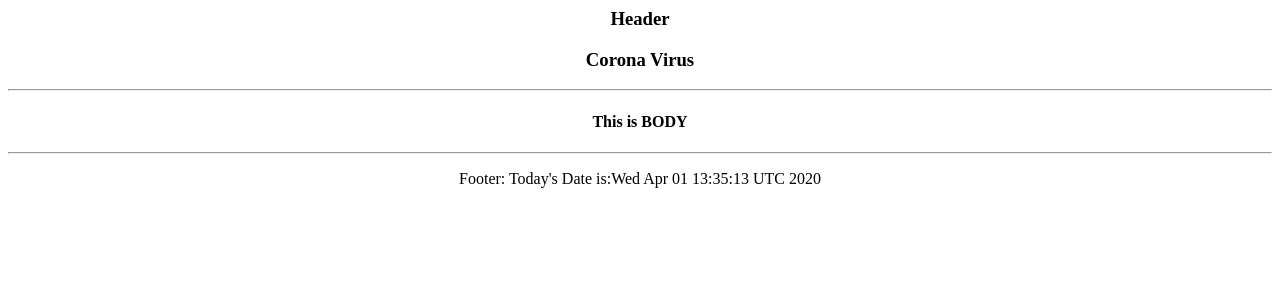
Repository: ZubaerAhmed/2-Corona-virus-eclipse-workspace
Page: http://localhost/CoronaVirus/Corona/main.jsp
An editor plug-in stored every save of this project. The page is shown before and after the next save, followed by the edit.
The browser window is 1280 px wide. The pictures show the whole page.
The page is served by Tomcat 9. Other server files are loaded and not shown.

Above is the page before, as saved 2020-04-01 20:34:05.

### CoronaVirus/WebContent/Corona/main.jsp


<html>
<body>
	<jsp:include page="header.html"></jsp:include>

	<h4 align="center">This is BODY</h4>

	<jsp:include page="footer.jsp"></jsp:include>
</body>

</html>

### CoronaVirus/WebContent/Corona/header.html

<h3 align="center"> Header</h3>
<h3 align="center"> Corona Virus</h3>
<hr>

### CoronaVirus/WebContent/Corona/footer.jsp

<hr>
<p align="center">
	Footer: Today's Date is:<%= new java.util.Date()  %>
</p>

After the next save:
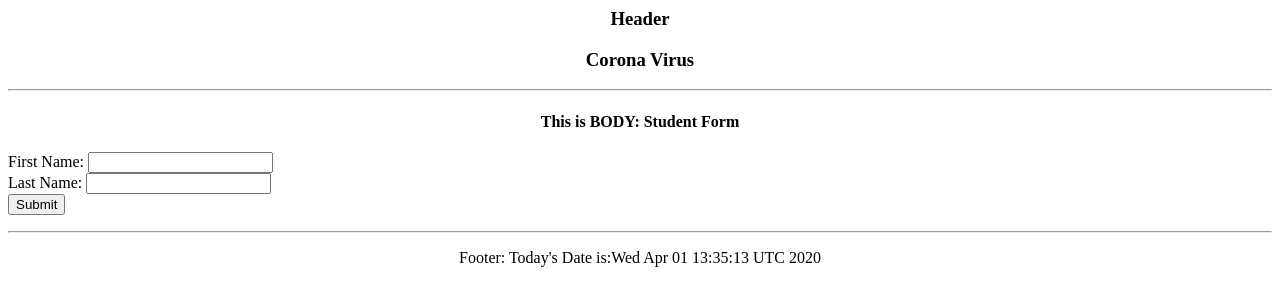
Saved 6 min 46 s later.
--- a/CoronaVirus/WebContent/Corona/main.jsp
+++ b/CoronaVirus/WebContent/Corona/main.jsp
@@ -4,7 +4,17 @@
 <body>
 	<jsp:include page="header.html"></jsp:include>
 
-	<h4 align="center">This is BODY</h4>
+	<h4 align="center">This is BODY: Student Form</h4>
+
+ 	<form action="studentForm.jsp  " >
+ 	First Name: <input type="text" name="firstName" />
+ 	<br>
+ 	Last Name:  <input type="text" name="lastName" />
+
+ 	<br>
+ 	<input type="submit" name="submit">
+ </form>
+
 
 	<jsp:include page="footer.jsp"></jsp:include>
 </body>
